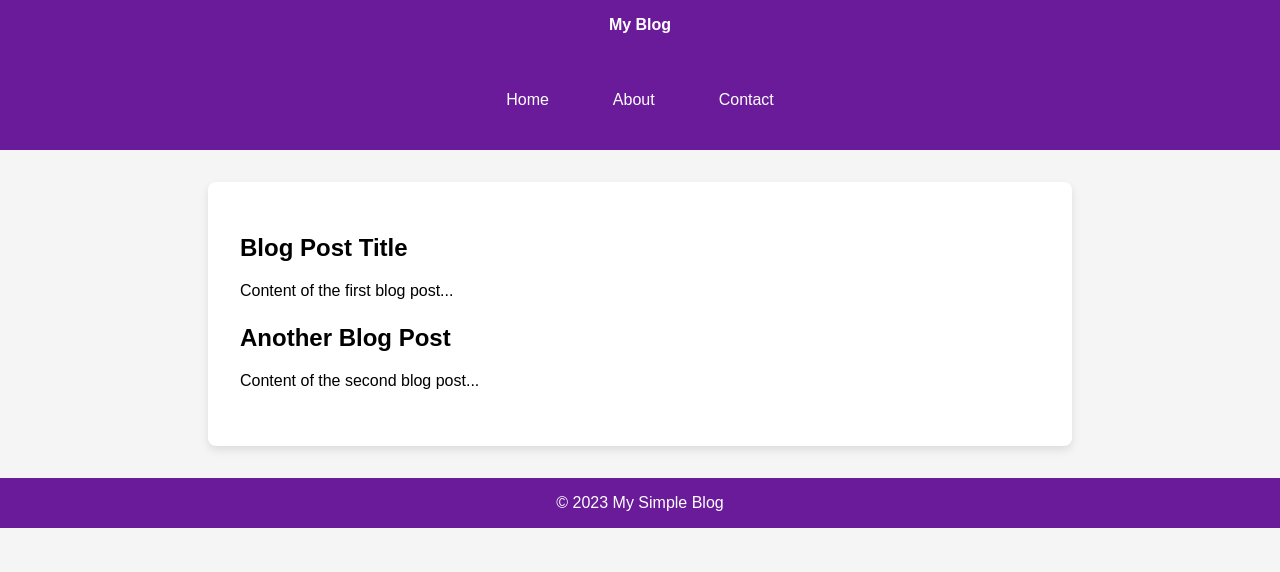
Repository: Femi007-gh/BLOG
Page: index.html
These files come from the project's save history. The page is drawn as it stood at one moment and after a run of saves; the edit follows.
The browser window is 1280 px wide. The pictures show the whole page.

Above is the page before, as saved 2025-01-08 09:18:26.

### index.html
<html>
  <head>
    <title>My Blog</title>
    <link rel="stylesheet" href="style.css">
  </head>
  <body>
    <header>My Blog</header>
    <nav>
      <ul>
        <li><a href="#">Home</a></li>
        <li><a href="#">About</a></li>
        <li><a href="#">Contact</a></li>
      </ul>
    </nav>
    <div class="container">
      <div class="blog-post">
        <h2>Blog Post Title</h2>
        <p>Content of the first blog post...</p>
      </div>
      <div class="blog-post">
        <h2>Another Blog Post</h2>
        <p>Content of the second blog post...</p>
      </div>
    </div>
    <footer>
      &copy; 2023 My Simple Blog
    </footer>
  </body>
  </html>

### style.css
body {
  margin: 0;
  font-family: Arial, sans-serif;
  background-color: #f5f5f5;
}

header {
  background-color: #6a1b9a;
  color: white;
  text-align: center;
  padding: 1rem;
  font-weight: bold;
}

nav {
  background-color: #6a1b9a;
  height: 100px;
  display: flex;
  flex-direction: column;
  justify-content: center;
  align-items: center;
  color: white;
}

ul {
  list-style: none;
  margin: 0;
  padding: 0;
  display: flex;
  justify-content: center;
}

li {
  margin: 0 1rem;
}

a {
  color: white;
  text-decoration: none;
  font-family: Arial, sans-serif;
  padding: 0.5rem 1rem;
  display: block;
}

a:hover {
  background-color: #4a148c;
  border-radius: 4px;
}

.container {
  margin: 2rem auto;
  max-width: 800px;
  background-color: white;
  border-radius: 8px;
  padding: 2rem;
  box-shadow: 0 4px 8px rgba(0, 0, 0, 0.1);
}

.blog-post {
  margin-bottom: 1.5rem;
}

footer {
  background-color: #6a1b9a;
  color: white;
  text-align: center;
  padding: 1rem 0;
  margin-top: 2rem;
}

After the next 3 saves:
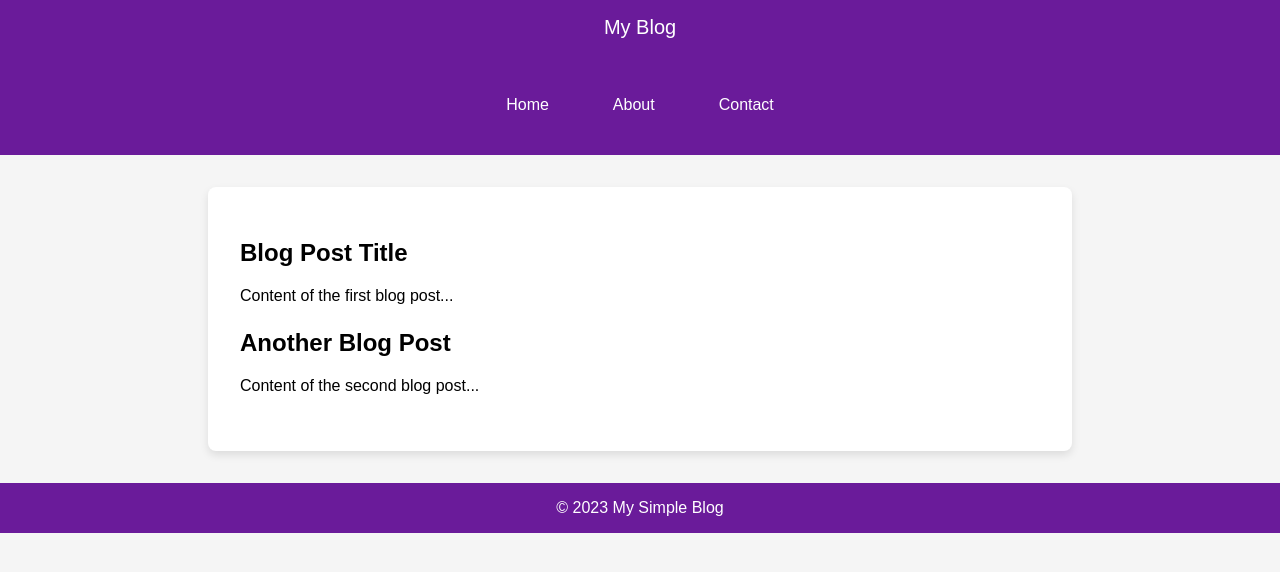
The 3 saves are shown as one change because they came seconds apart.
The last was saved 21 s later.
--- a/style.css
+++ b/style.css
@@ -9,7 +9,7 @@ header {
   color: white;
   text-align: center;
   padding: 1rem;
-  font-weight: bold;
+  font-size: 20px;
 }
 
 nav {
